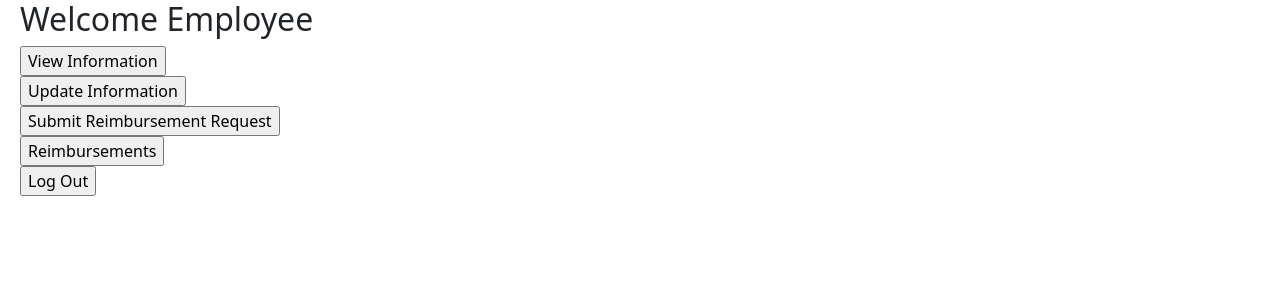
Repository: christianchrr/ExpenseReimbursement
Page: ExpenseReimbursement/src/main/webapp/employeeHome.html
The author's editor kept a copy of each file at every save. The page is drawn from the files as they stood at one save, then again after the next save.
The browser window is 1280 px wide. The pictures show the whole page.

Above is the page before, as saved 2021-04-01 08:04:04.

After the next save:
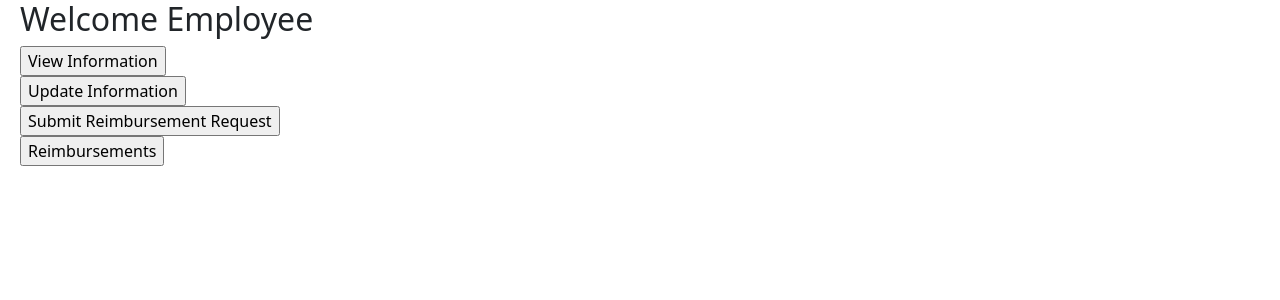
Saved 3 min 36 s later.
--- a/ExpenseReimbursement/src/main/webapp/employeeHome.html
+++ b/ExpenseReimbursement/src/main/webapp/employeeHome.html
@@ -13,13 +13,13 @@
 		<form action="employeeUpdateForm.html" method="post">
 			<input type="submit" value="Update Information">
 		</form>
-		<form action="submitReimbursementRequest.html">
+		<form action="submitReimbursementRequest.html" method="post">
 			<input type="submit" value="Submit Reimbursement Request">
 		</form>
-		<form action="EmployeeShowReimbursements">
+		<form action="EmployeeShowReimbursements" method="post">
 			<input type="submit" value="Reimbursements">
 		</form>
-		<form action="SessionLogout">
+		<form action="SessionLogout" method="post>
 			<input type="submit" value="Log Out">
 		</form>
 	</body>
